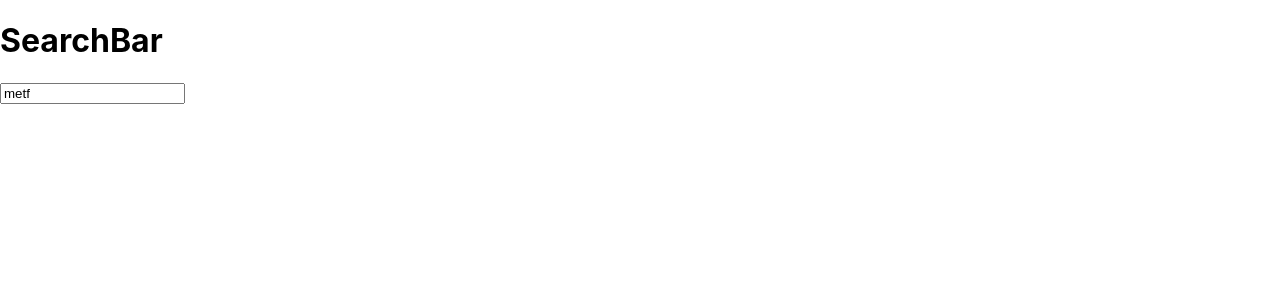
Repository: Esatollah/MedDemo
Page: / (app in client/)
The author's editor kept a copy of each file at every save. The page is drawn from the files as they stood at one save, then again after the next save.
The browser window is 1280 px wide. The pictures show the whole page.
The page's requests for data from a server got no answer. The project was rebuilt for these pictures with package versions that can differ from the ones it lists, and the page was loaded fresh each time. No one was signed in, and anything a server would have sent is missing. Also part of the build but not shown: client/src/App.css.

Above is the page before, as saved 2022-05-31 15:17:39.

After the next save:
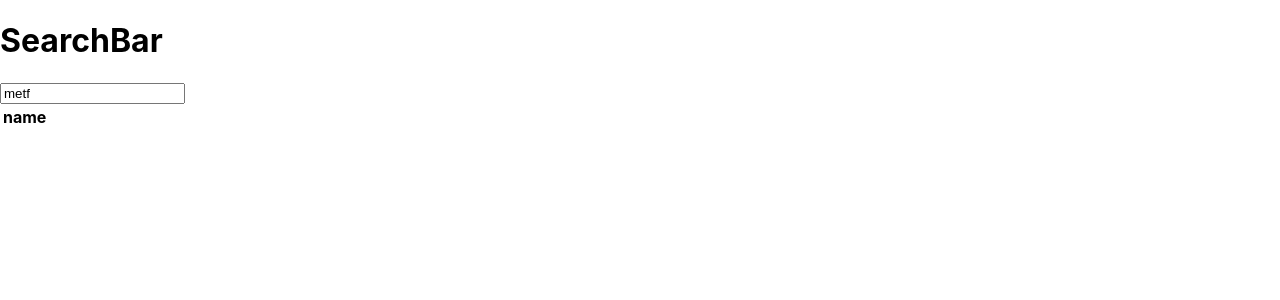
Saved 85 s later.
--- a/client/src/components/Search.jsx
+++ b/client/src/components/Search.jsx
@@ -24,6 +24,13 @@ const Search = () => {
         <h1>SearchBar</h1>
         <input type="search" name="" id="" value={searchinput} onChange={e => setSearchinput(e.target.value)}/>
         <table>
+          <thead>
+            <tr>
+              <th scope='col'>
+                name
+              </th>
+            </tr>
+          </thead>
           <tbody>
             {drugs && drugs.map((x) => {
               return (
